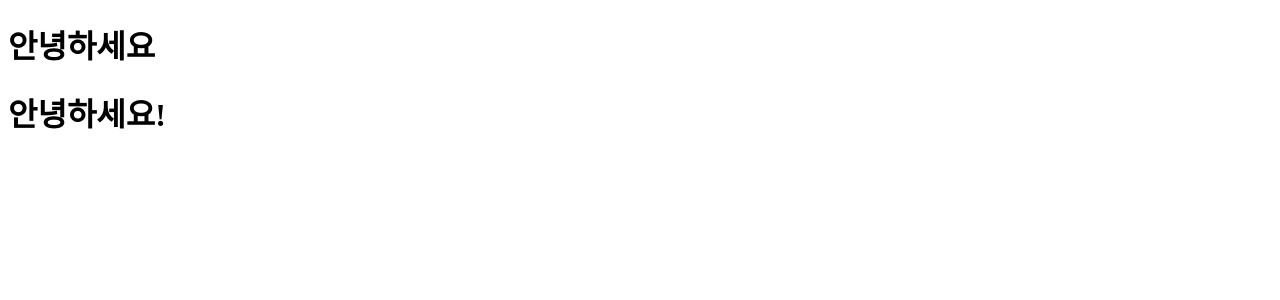
Repository: odasd/Ark-java
Page: 20200403/ex02/WebContent/ex1.html
These files come from the project's save history. The page is drawn as it stood at one moment and after the next save; the edit follows.
The browser window is 1280 px wide. The pictures show the whole page.

Above is the page before, as saved 2020-04-03 07:36:31.

### 20200403/ex02/WebContent/ex1.html
<!DOCTYPE html>
<html>
<head>
<meta charset="EUC-KR">
<title>Insert title here</title>
</head>
<body>
		<h1>안녕하세요</h1>
		<h1>안녕하세요!</h1>
</body>
</html>

After the next save:
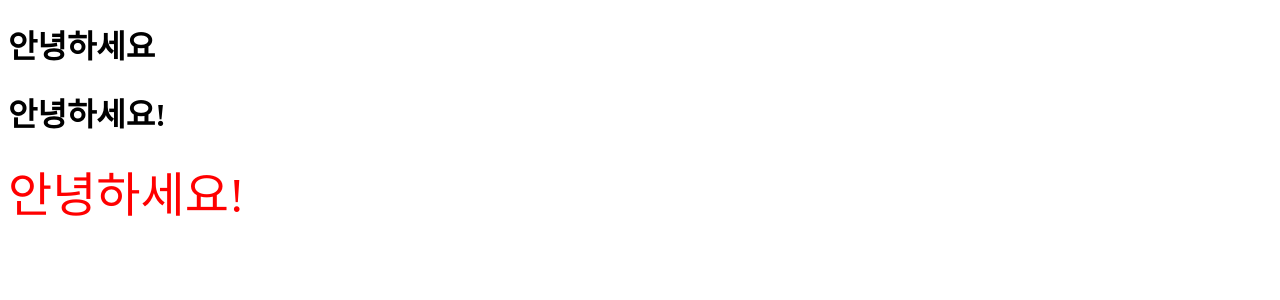
Saved 2 min 4 s later.
--- a/20200403/ex02/WebContent/ex1.html
+++ b/20200403/ex02/WebContent/ex1.html
@@ -2,10 +2,11 @@
 <html>
 <head>
 <meta charset="EUC-KR">
-<title>Insert title here</title>
+<title>연습</title>
 </head>
 <body>
 		<h1>안녕하세요</h1>
 		<h1>안녕하세요!</h1>
+		<font color="red" size=30>안녕하세요!</font>
 </body>
 </html>
